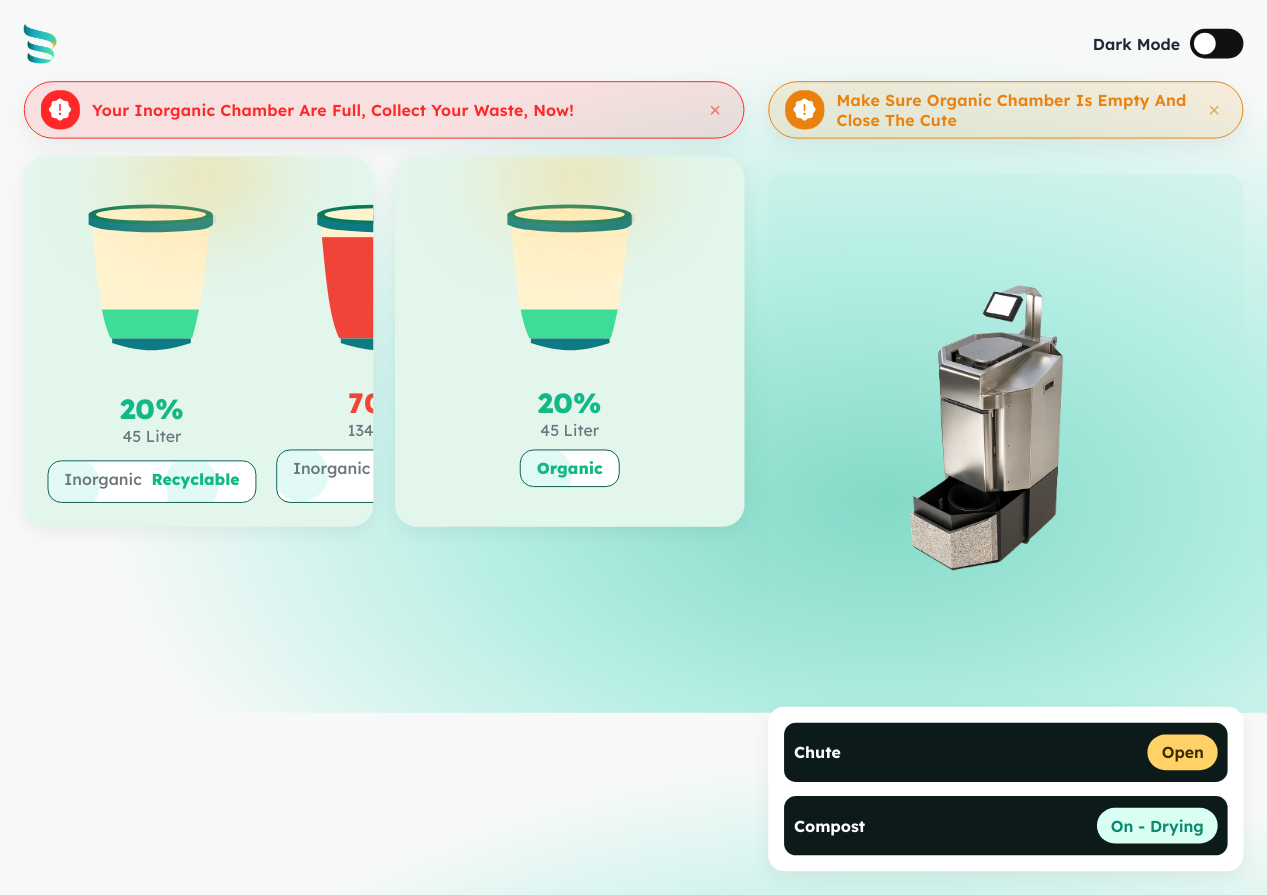
Repository: william-saputra/nusabin
Page: pages/homepage.html
An editor plug-in stored every save of this project. The page is shown before and after the next save, followed by the edit.
The browser window is 1280 px wide. The pictures show the whole page, at 99% of full size.
Backgrounds fixed to the window are drawn as part of the page.

Above is the page before, as saved 2025-08-12 23:20:31.

### pages/homepage.html
<!DOCTYPE html>
<html lang="en">
  <head>
    <meta charset="UTF-8" />
    <meta name="viewport" content="width=device-width, initial-scale=1.0" />
    <title>Nusabin – Homepage</title>
    <link rel="preconnect" href="https://fonts.googleapis.com" />
    <link rel="preconnect" href="https://fonts.gstatic.com" crossorigin />
    <link href="https://fonts.googleapis.com/css2?family=Lexend:wght@400;500;600;700;800&family=Inter:wght@400;500;600;700;800&display=swap" rel="stylesheet" />
    <link rel="stylesheet" href="../styles/base.css" />
    <link rel="stylesheet" href="../styles/pages/homepage.css" />
  </head>
  <body>
    <div class="homepage no-nav">
      <header class="topbar no-nav">
        <img src="../assets/images/green_logo.png" alt="Nusabin" class="logo no-nav" />
        <div class="spacer no-nav"></div>
        <div class="theme-toggle no-nav">
          <span class="label no-nav">Dark Mode</span>
          <label class="switch no-nav">
            <input id="dark-toggle" class="no-nav" type="checkbox" />
            <span class="slider round no-nav"></span>
          </label>
        </div>
      </header>

      <main class="layout">
        <div class="left-col">
          <section class="alerts no-nav">
            <div class="alert pill no-nav" data-variant="danger" data-alert-id="left-alert">
              <img class="alert-icon" src="../assets/icons/red_alert.svg" alt="alert" width="40" height="40" />
              <div class="text no-nav">Your Inorganic Chamber Are Full, Collect Your Waste, Now!</div>
              <button class="close no-nav" data-dismiss>
                <span class="no-nav">&#10005;</span>
              </button>
            </div>
          </section>
          <div class="left-grid clickable-area" data-navigate>
          <div class="card card-buckets">
            <div class="bucket-group">
              <div class="bucket-item" data-id="inorganic_recyclable">
                <svg class="bucket-svg" viewBox="0 0 197 216" aria-labelledby="title-ir" role="img">
                  <title id="title-ir">Inorganic Recyclable</title>
                  <defs>
                    <clipPath id="cupShape-inorganic_recyclable">
                      <path d="M53.3367 175.048C43.8761 154.841 39.492 126.346 33.0561 49.7143L162.041 52.148C157.42 108.314 153.879 136.877 143.383 175.048C107.592 183.612 87.9058 183.201 53.3367 175.048Z" />
                    </clipPath>
                  </defs>
                  <path d="M53.3367 175.048C43.8761 154.841 39.492 126.346 33.0561 49.7143L162.041 52.148C157.42 108.314 153.879 136.877 143.383 175.048C107.592 183.612 87.9058 183.201 53.3367 175.048Z" fill="#FFF3CF" />
                  <rect id="cupFill-inorganic_recyclable" x="0" y="175" width="197" height="0" clip-path="url(#cupShape-inorganic_recyclable)" />
                  <path d="M55 179.937V175H142V179.937C107.725 190.783 88.6686 190.592 55 179.937Z" fill="#0C7B83" />
                  <rect x="166.097" y="38.3571" width="3.2449" height="8.92347" fill="#D9D9D9" />
                  <path d="M29 48.9031V38.3571H166.503V48.9031C162.244 52.8888 157.731 54.2809 146.222 55.3929C109.605 58.2432 89.8065 58.6723 56.9872 55.3929C42.0852 54.0832 36.1288 52.6188 29 48.9031Z" fill="#0C7B83" />
                  <ellipse cx="97.5485" cy="37.9515" rx="68.5485" ry="10.9515" fill="#08785B" />
                  <ellipse cx="97.9541" cy="37.9515" rx="60.8418" ry="6.89541" fill="#FFF3CF" />
                </svg>
                <div class="bucket-metrics">
                  <div class="percent" data-percent>0%</div>
                  <div class="liter" data-liter>0 Liter</div>
                </div>
                <div class="chip chip-positive"><span>Inorganic</span><strong>Recyclable</strong></div>
              </div>

              <div class="bucket-item" data-id="inorganic_non_recyclable">
                <svg class="bucket-svg" viewBox="0 0 197 216" aria-labelledby="title-inr" role="img">
                  <title id="title-inr">Inorganic Non-Recyclable</title>
                  <defs>
                    <clipPath id="cupShape-inorganic_non_recyclable">
                      <path d="M53.3367 175.048C43.8761 154.841 39.492 126.346 33.0561 49.7143L162.041 52.148C157.42 108.314 153.879 136.877 143.383 175.048C107.592 183.612 87.9058 183.201 53.3367 175.048Z" />
                    </clipPath>
                  </defs>
                  <path d="M53.3367 175.048C43.8761 154.841 39.492 126.346 33.0561 49.7143L162.041 52.148C157.42 108.314 153.879 136.877 143.383 175.048C107.592 183.612 87.9058 183.201 53.3367 175.048Z" fill="#FFF3CF" />
                  <rect id="cupFill-inorganic_non_recyclable" x="0" y="175" width="197" height="0" clip-path="url(#cupShape-inorganic_non_recyclable)" />
                  <path d="M55 179.937V175H142V179.937C107.725 190.783 88.6686 190.592 55 179.937Z" fill="#0C7B83" />
                  <rect x="166.097" y="38.3571" width="3.2449" height="8.92347" fill="#D9D9D9" />
                  <path d="M29 48.9031V38.3571H166.503V48.9031C162.244 52.8888 157.731 54.2809 146.222 55.3929C109.605 58.2432 89.8065 58.6723 56.9872 55.3929C42.0852 54.0832 36.1288 52.6188 29 48.9031Z" fill="#0C7B83" />
                  <ellipse cx="97.5485" cy="37.9515" rx="68.5485" ry="10.9515" fill="#08785B" />
                  <ellipse cx="97.9541" cy="37.9515" rx="60.8418" ry="6.89541" fill="#FFF3CF" />
                </svg>
                <div class="bucket-metrics">
                  <div class="percent" data-percent>0%</div>
                  <div class="liter" data-liter>0 Liter</div>
                </div>
                <div class="chip chip-negative"><span>Inorganic</span><strong>Non-Recyclable</strong></div>
              </div>
            </div>
          </div>

          <div class="card card-bucket-single">
            <div class="bucket-item" data-id="organic">
              <svg class="bucket-svg" viewBox="0 0 197 216" aria-labelledby="title-org" role="img">
                <title id="title-org">Organic</title>
                <defs>
                  <clipPath id="cupShape-organic">
                    <path d="M53.3367 175.048C43.8761 154.841 39.492 126.346 33.0561 49.7143L162.041 52.148C157.42 108.314 153.879 136.877 143.383 175.048C107.592 183.612 87.9058 183.201 53.3367 175.048Z" />
                  </clipPath>
                </defs>
                <path d="M53.3367 175.048C43.8761 154.841 39.492 126.346 33.0561 49.7143L162.041 52.148C157.42 108.314 153.879 136.877 143.383 175.048C107.592 183.612 87.9058 183.201 53.3367 175.048Z" fill="#FFF3CF" />
                <rect id="cupFill-organic" x="0" y="175" width="197" height="0" clip-path="url(#cupShape-organic)" />
                <path d="M55 179.937V175H142V179.937C107.725 190.783 88.6686 190.592 55 179.937Z" fill="#0C7B83" />
                <rect x="166.097" y="38.3571" width="3.2449" height="8.92347" fill="#D9D9D9" />
                <path d="M29 48.9031V38.3571H166.503V48.9031C162.244 52.8888 157.731 54.2809 146.222 55.3929C109.605 58.2432 89.8065 58.6723 56.9872 55.3929C42.0852 54.0832 36.1288 52.6188 29 48.9031Z" fill="#0C7B83" />
                <ellipse cx="97.5485" cy="37.9515" rx="68.5485" ry="10.9515" fill="#08785B" />
                <ellipse cx="97.9541" cy="37.9515" rx="60.8418" ry="6.89541" fill="#FFF3CF" />
              </svg>
              <div class="bucket-metrics">
                <div class="percent" data-percent>0%</div>
                <div class="liter" data-liter>0 Liter</div>
              </div>
              <div class="chip chip-positive"><strong>Organic</strong></div>
            </div>
          </div>
          </div>
        </div>

        <aside class="right-panel">
          <section class="alerts no-nav">
            <div class="alert pill no-nav" data-variant="warning" data-alert-id="right-alert">
              <img class="alert-icon" src="../assets/icons/orange_alert.svg" alt="alert" width="40" height="40" />
              <div class="text no-nav">Make Sure Organic Chamber Is Empty And Close The Cute</div>
              <button class="close no-nav" data-dismiss>
                <span class="no-nav">&#10005;</span>
              </button>
            </div>
          </section>
          <div class="machine-wrapper">
            <img src="../assets/images/machine.png" alt="Machine" class="machine" />
          </div>
          <div class="status-panel no-nav">
            <div class="status-row no-nav">
              <div class="label no-nav">Chute</div>
              <div class="status-pill status-open no-nav">Open</div>
            </div>
            <div class="status-row no-nav">
              <div class="label no-nav">Compost</div>
              <div class="status-pill status-on no-nav">On - Drying</div>
            </div>
          </div>
        </aside>
      </main>
    </div>

    <script src="../scripts/theme.js"></script>
    <script src="../scripts/main.js"></script>
  </body>
  </html>

### styles/base.css
:root {
  --bg: #f6f9f8;
  --card: #ffffff;
  --text: #0b1220;
  --muted: #6b7280;
  --primary: #1cb59b;
  --danger: #e53935;
  --warning: #ffb74d;
  --ring: rgba(28, 181, 155, 0.35);
}

* { box-sizing: border-box; }
html, body { height: 100%; }
body {
  margin: 0;
  font-family: Lexend, Inter, system-ui, -apple-system, Segoe UI, Roboto, Helvetica, Arial, "Apple Color Emoji", "Segoe UI Emoji";
  color: var(--text);
  background: radial-gradient(1200px 700px at 70% 70%, #7ed8c4 0%, #b8efe5 35%, #f6f9f8 65%) no-repeat fixed;
}

/* Generic layout */
.homepage { padding: 24px; }
.topbar { display: flex; align-items: center; gap: 16px; }
.spacer { flex: 1 1 auto; }
.logo { height: 40px; }

.theme-toggle { display: flex; align-items: center; gap: 10px; font-weight: 600; }
.theme-toggle .label { opacity: 0.9; }

/* Toggle */
.switch { position: relative; display: inline-block; width: 54px; height: 30px; }
.switch input { display: none; }
.slider { position: absolute; cursor: pointer; top: 0; left: 0; right: 0; bottom: 0; background: #111; transition: .2s; border-radius: 999px; }
.slider:before { position: absolute; content: ""; height: 22px; width: 22px; left: 4px; bottom: 4px; background: #fff; transition: .2s; border-radius: 50%; }
input:checked + .slider { background: #cdd2d6; }
input:checked + .slider:before { transform: translateX(24px); }

/* Alerts */
.alerts { display: grid; grid-template-columns: 1fr; gap: 12px; margin: 18px 0; }
.alert { display: grid; grid-template-columns: auto 1fr auto; align-items: center; gap: 12px; padding: 8px 16px; border-radius: 50px; box-shadow: 0 8px 24px rgba(0,0,0,.06); font-family: Lexend, Inter, sans-serif; border: 1px solid currentColor; }
.alert .text { font-weight: 600; letter-spacing: .2px; }
.alert .close { appearance: none; border: 0; background: transparent; cursor: pointer; opacity: 0.6; font-size: 16px; color: inherit; }
.alert.pill[data-variant="danger"] { color: #FF2828; background: rgba(255,40,40,0.12); }
.alert.pill[data-variant="warning"] { color: #EA800E; background: rgba(234,128,14,0.12); }
.alert-icon { flex: 0 0 auto; width: 40px; height: 40px; }

/* Main layout */
.layout { display: grid; grid-template-columns: 1fr 480px; gap: 24px; align-items: start; }
.left-col { display: block; }
.left-grid { display: grid; grid-template-columns: 1fr 1fr; gap: 22px; }

.card { background: var(--card); border-radius: 22px; padding: 24px; box-shadow: 0 6px 20px rgba(0,0,0,.06); position: relative; overflow: hidden; }
.card::before, .card::after { content: ""; position: absolute; pointer-events: none; border-radius: 50%; filter: blur(40px); opacity: 0.9; }
.card::before { width: 260px; height: 180px; top: -70px; right: 30px; background: radial-gradient(closest-side, rgba(255,189,57,0.55), rgba(255,189,57,0) 70%); }
.card::after  { width: 220px; height: 160px; top: -50px; left: 40%; transform: translateX(-50%); background: radial-gradient(closest-side, rgba(255,225,149,0.55), rgba(255,225,149,0) 70%); }
.card-buckets { display: block; background: #E2F6EC; }
.card-bucket-single { display: block; background: #E2F6EC; }

.bucket-group { display: grid; grid-template-columns: 1fr 1fr; gap: 20px; }
.bucket-item { display: grid; justify-items: center; gap: 10px; }
.bucket-svg { width: 100%; max-width: 180px; height: auto; display: block; }
.bucket-static { pointer-events: none; }

.bucket-metrics { text-align: center; }
.bucket-metrics .percent { font-weight: 800; font-size: 28px; color: #12B886; }
.bucket-metrics .percent.danger { color: #F44336; }
.bucket-metrics .liter { color: #6C757D; font-size: 16px; }

.chip { display: inline-flex; align-items: baseline; gap: 10px; padding: 10px 16px; border-radius: 14px; background: #fff; border: 1.5px solid #0B5F57; font-size: 16px; line-height: 1; min-height: 36px; }
.chip span { color: #6C757D; font-weight: 500; }
.chip strong { font-weight: 800; }
.chip-positive strong { color: #12B886; }
.chip-negative strong { color: #F44336; }
.chip {
  background-image: radial-gradient(circle at 20% 20%, rgba(13, 207, 173, 0.12) 0 20%, rgba(13, 207, 173, 0) 21%),
                    radial-gradient(circle at 80% 60%, rgba(13, 207, 173, 0.12) 0 20%, rgba(13, 207, 173, 0) 21%);
  background-size: 120px 120px, 140px 140px;
}

.right-panel { display: grid; grid-template-rows: 1fr auto; gap: 18px; }
.machine-wrapper { display: grid; place-items: center; background: linear-gradient(180deg, rgba(176,238,226,.25), rgba(255,255,255,0)); border-radius: 16px; min-height: 520px; }
.machine { max-width: 100%; height: auto; object-fit: contain; }

.status-panel { background: var(--card); border-radius: 16px; padding: 16px; box-shadow: 0 6px 20px rgba(0,0,0,.06); display: grid; gap: 12px; }
.status-row { display: flex; align-items: center; justify-content: space-between; padding: 12px 10px; background: #0d1a1a; border-radius: 12px; color: white; }
.status-row .label { font-weight: 700; }
.status-pill { background: #1d2a2a; border-radius: 999px; padding: 8px 14px; font-weight: 600; }
.status-open { background: #ffd166; color: #3b2b00; }
.status-on { background: #d8fff1; color: #0a8a70; }

.clickable-area { cursor: pointer; }

/* Dark mode */
.dark body, body.dark { background: radial-gradient(1200px 700px at 70% 70%, #0e3c3b 0%, #0f6b61 35%, #071b1a 65%); color: #e5f6f1; }
body.dark .card, body.dark .status-panel { background: #0a1414; color: #e6f5f1; }
body.dark .chip { background: #08201c; border-color: #0f3f36; }
body.dark .bucket-metrics .percent { color: #55e3c7; }
body.dark .status-row { background: #051010; }
body.dark .status-pill { background: #0b2a26; }

/* Utilities for specific wrappers that shouldn't navigate */
.no-nav { pointer-events: auto; }

@media (max-width: 1100px) {
  .layout { grid-template-columns: 1fr; }
  .right-panel { order: -1; }
}

### styles/pages/homepage.css
/* Page-specific fine-tuning for Homepage */
.homepage .card-buckets { background: #E2F6EC; }
.homepage .card-bucket-single { background: #E2F6EC; }

.homepage .bucket-item .bucket { filter: drop-shadow(0 10px 24px rgba(0,0,0,.08)); }
.homepage .bucket-item .percent { letter-spacing: .3px; }

.right-panel .status-panel { gap: 14px; }

### scripts/theme.js
(function () {
  const toggle = document.getElementById('dark-toggle');
  if (!toggle) return;

  const apply = (isDark) => {
    document.body.classList.toggle('dark', isDark);
    try { localStorage.setItem('theme-dark', isDark ? '1' : '0'); } catch (_) {}
  };

  // Restore previous preference
  let stored = null;
  try { stored = localStorage.getItem('theme-dark'); } catch (_) {}
  apply(stored === '1');
  toggle.checked = stored === '1';

  toggle.addEventListener('change', () => apply(toggle.checked));
})();

### scripts/main.js
(function () {
  const root = document;

  // Navigate to detail when clicking anywhere on the left grid
  const clickable = root.querySelector('.clickable-area');
  if (clickable) {
    clickable.addEventListener('click', function (ev) {
      const target = ev.target;
      if (target && (target.closest('[data-dismiss]') || target.closest('.switch') || target.closest('.status-panel') || target.closest('.alerts'))) return;
      window.location.href = '../pages/detail.html';
    });
  }

  // Close alert buttons
  root.querySelectorAll('[data-dismiss]').forEach((btn) => {
    btn.addEventListener('click', (e) => {
      e.stopPropagation();
      const alert = btn.closest('.alert');
      if (alert) alert.remove();
    });
  });

  // Example: programmatic update of alert colors (kept for future use)
  function setAlertVariant(id, variant) {
    const el = root.querySelector('[data-alert-id="' + id + '"]');
    if (!el) return;
    el.setAttribute('data-variant', variant);
    const rect = el.querySelector('g > rect');
    if (rect) rect.setAttribute('fill', variant === 'danger' ? '#FF2828' : '#EA800E');
  }

  // Data dummy hardcoded
  const data = {
    inorganic_recyclable: { level: 20, volume: 45 },
    inorganic_non_recyclable: { level: 70, volume: 134 },
    organic: { level: 20, volume: 45 }
  };

  // Update function per spec
  function updateFill(binId, percent, volumeLiters) {
    const rect = root.getElementById('cupFill-' + binId);
    if (!rect) return;
    // Using actual bucket.svg coordinates: baseY aligns with ~175 (bottom of cup path), contentHeight approximated to inner cup height
    const contentHeight = 160; // adjustable based on real cup inner height
    const baseY = 175;
    const p = Math.max(0, Math.min(100, percent));
    const newHeight = (p / 100) * contentHeight;
    const newY = baseY - newHeight;
    rect.setAttribute('height', String(newHeight));
    rect.setAttribute('y', String(newY));
    rect.setAttribute('fill', p >= 70 ? '#F04438' : '#3DDC97');

    const item = root.querySelector('.bucket-item[data-id="' + binId + '"]');
    if (!item) return;
    const percentEl = item.querySelector('[data-percent]');
    const literEl = item.querySelector('[data-liter]');
    if (percentEl) {
      percentEl.textContent = p + '%';
      percentEl.classList.toggle('danger', p >= 70);
    }
    if (literEl) literEl.textContent = volumeLiters + ' Liter';
  }

  // Initialize
  Object.entries(data).forEach(([id, val]) => {
    updateFill(id, val.level, val.volume);
  });
})();

After the next save:
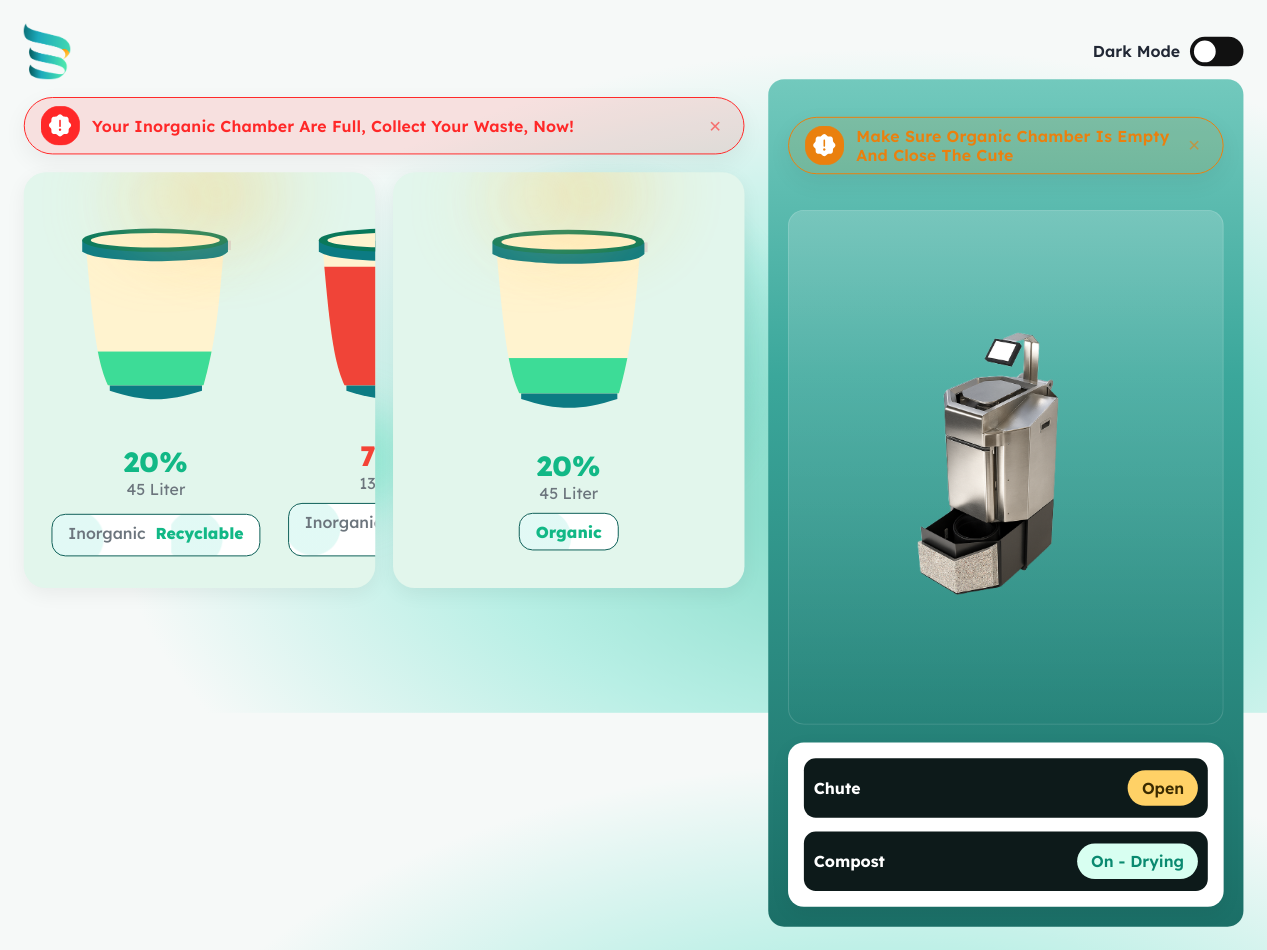
Saved 3 min 6 s later.
--- a/styles/base.css
+++ b/styles/base.css
@@ -22,7 +22,7 @@ body {
 .homepage { padding: 24px; }
 .topbar { display: flex; align-items: center; gap: 16px; }
 .spacer { flex: 1 1 auto; }
-.logo { height: 40px; }
+.logo { height: 56px; }
 
 .theme-toggle { display: flex; align-items: center; gap: 10px; font-weight: 600; }
 .theme-toggle .label { opacity: 0.9; }
@@ -45,20 +45,20 @@ input:checked + .slider:before { transform: translateX(24px); }
 .alert-icon { flex: 0 0 auto; width: 40px; height: 40px; }
 
 /* Main layout */
-.layout { display: grid; grid-template-columns: 1fr 480px; gap: 24px; align-items: start; }
+.layout { display: grid; grid-template-columns: 1.2fr 480px; gap: 24px; align-items: start; }
 .left-col { display: block; }
-.left-grid { display: grid; grid-template-columns: 1fr 1fr; gap: 22px; }
+.left-grid { display: grid; grid-template-columns: 1fr 1fr; gap: 18px; }
 
-.card { background: var(--card); border-radius: 22px; padding: 24px; box-shadow: 0 6px 20px rgba(0,0,0,.06); position: relative; overflow: hidden; }
+.card { background: var(--card); border-radius: 22px; padding: 28px; box-shadow: 0 6px 20px rgba(0,0,0,.06); position: relative; overflow: hidden; }
 .card::before, .card::after { content: ""; position: absolute; pointer-events: none; border-radius: 50%; filter: blur(40px); opacity: 0.9; }
 .card::before { width: 260px; height: 180px; top: -70px; right: 30px; background: radial-gradient(closest-side, rgba(255,189,57,0.55), rgba(255,189,57,0) 70%); }
 .card::after  { width: 220px; height: 160px; top: -50px; left: 40%; transform: translateX(-50%); background: radial-gradient(closest-side, rgba(255,225,149,0.55), rgba(255,225,149,0) 70%); }
-.card-buckets { display: block; background: #E2F6EC; }
-.card-bucket-single { display: block; background: #E2F6EC; }
+.card-buckets { display: block; background: #E2F6EC; min-height: 420px; }
+.card-bucket-single { display: block; background: #E2F6EC; min-height: 420px; }
 
-.bucket-group { display: grid; grid-template-columns: 1fr 1fr; gap: 20px; }
+.bucket-group { display: grid; grid-template-columns: 1fr 1fr; gap: 28px; justify-items: center; }
 .bucket-item { display: grid; justify-items: center; gap: 10px; }
-.bucket-svg { width: 100%; max-width: 180px; height: auto; display: block; }
+.bucket-svg { width: 100%; max-width: 220px; height: auto; display: block; }
 .bucket-static { pointer-events: none; }
 
 .bucket-metrics { text-align: center; }
@@ -78,7 +78,8 @@ input:checked + .slider:before { transform: translateX(24px); }
 }
 
 .right-panel { display: grid; grid-template-rows: 1fr auto; gap: 18px; }
-.machine-wrapper { display: grid; place-items: center; background: linear-gradient(180deg, rgba(176,238,226,.25), rgba(255,255,255,0)); border-radius: 16px; min-height: 520px; }
+.right-panel { background: linear-gradient(180deg, #72c9bd 0%, #3ba79b 35%, #1b6f67 100%); padding: 20px; border-radius: 16px; }
+.machine-wrapper { display: grid; place-items: center; background: linear-gradient(180deg, rgba(255,255,255,0.18), rgba(255,255,255,0)); border-radius: 16px; min-height: 520px; box-shadow: inset 0 0 0 1px rgba(255,255,255,0.15); }
 .machine { max-width: 100%; height: auto; object-fit: contain; }
 
 .status-panel { background: var(--card); border-radius: 16px; padding: 16px; box-shadow: 0 6px 20px rgba(0,0,0,.06); display: grid; gap: 12px; }
@@ -89,6 +90,11 @@ input:checked + .slider:before { transform: translateX(24px); }
 .status-on { background: #d8fff1; color: #0a8a70; }
 
 .clickable-area { cursor: pointer; }
+
+/* Decorative half-circle with glow on the left bottom */
+.left-col { position: relative; }
+.left-col::after { content: ""; position: absolute; left: 50%; transform: translateX(-10%); bottom: -40px; width: 560px; height: 560px; border-bottom-left-radius: 560px; border-bottom-right-radius: 560px; border-top-left-radius: 560px; border-top-right-radius: 560px; background: radial-gradient(closest-side, rgba(28,181,155,0.55), rgba(28,181,155,0) 70%); filter: blur(6px); z-index: -1; }
+.left-col::before { content: ""; position: absolute; left: 40%; transform: translateX(-50%); bottom: 20px; width: 380px; height: 220px; border-radius: 380px 380px 0 0; background: radial-gradient(closest-side, rgba(60,220,178,0.7), rgba(60,220,178,0) 70%); filter: blur(20px); z-index: -1; }
 
 /* Dark mode */
 .dark body, body.dark { background: radial-gradient(1200px 700px at 70% 70%, #0e3c3b 0%, #0f6b61 35%, #071b1a 65%); color: #e5f6f1; }
